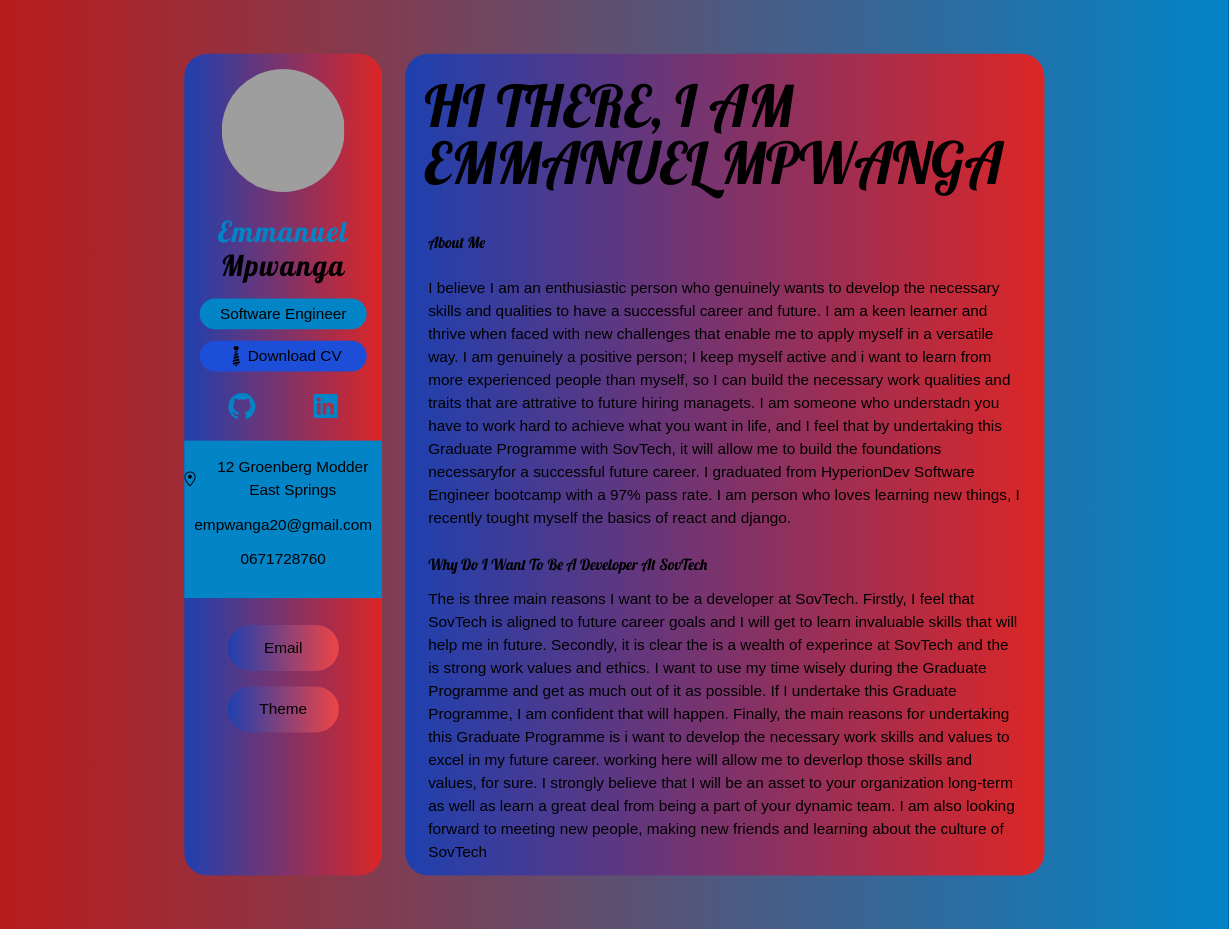
Repository: mannympwanga/portfolio
Page: /
An editor plug-in stored every save of this project. The page is shown before and after the next save, followed by the edit.
The browser window is 1280 px wide. The pictures show the whole page, at 96% of full size.
Pictures or frames that could not be fetched are drawn as grey boxes. The project was rebuilt for these pictures with package versions that can differ from the ones it lists, and the page was loaded fresh each time. The framework's server and built-in components were replaced by stand-ins that run in the browser. Also part of the build but not shown: next.config.js.

Above is the page before, as saved 2021-11-24 23:22:09.

### pages/_app.tsx
import '../styles/globals.css'
import Sidebar from '../components/Sidebar'
import Navbar from '../components/Navbar'
import {ThemeProvider} from 'next-themes'

function MyApp({ Component, pageProps }) {
  return (
    <ThemeProvider attribute='class'>
      <div className='grid grid-cols-12 gap-6 px-5 lg:px-48 my-14 sm:px-20 md:px-32'>
       <div className='col-span-12 p-4 text-center bg-gradient-to-r from-blue-800 to-red-600 dark:from-dark-500 dark:to-dark-100 lg:col-span-3 rounded-3xl'>
        <Sidebar/>
       </div>
       <div className='flex flex-col col-span-12 bg-gradient-to-r from-blue-800 to-red-600 dark:from-dark-500 dark:to-dark-100 lg:col-span-9 rounded-3xl'>
        <Navbar/>
        <Component {...pageProps} />
       </div>
      </div>
    </ThemeProvider>

  )





}

export default MyApp

### pages/_document.tsx
import Document, { Html, Head, Main, NextScript } from 'next/document'

class MyDocument extends Document {
  render() {
    return (
      <Html lang='en'>
        <Head>
            <link rel="preconnect" href="https://fonts.googleapis.com"/>
            <link rel="preconnect" href="https://fonts.gstatic.com crossorigin"/>
            <link href="https://fonts.googleapis.com/css2?family=Lobster&display=swap" rel="stylesheet"/>
        </Head>
        <body className='bg-gradient-to-r from-red-700 to-blue dark:from-dark-500 dark:to-dark-100 dark:text-yellow-50'>
          <Main />
          <NextScript />
        </body>
      </Html>
    )
  }
}

export default MyDocument

### pages/index.tsx
export const index = () => {
  return (
    <div className='flex flex-col px-6 pt-1'>
      <h1 className='my-3 text-1xl font-Lobster'>About Me</h1>
      <p className='my-3 font-medium'>
        I believe I am an enthusiastic person who genuinely wants to develop
        the necessary skills and qualities to have a successful career and future.
        I am a keen learner and thrive when faced with new challenges that enable me
        to apply myself in a versatile way.
        I am genuinely a positive person; I keep myself active and i want to learn from
        more experienced people than myself, so I can build the necessary work qualities
        and traits that are attrative to future hiring managets.
        I am someone who understadn you have to work hard to achieve what you want in life,
        and I feel that by undertaking this Graduate Programme with SovTech, it will allow me
        to build the foundations necessaryfor a successful future career. I graduated from HyperionDev
        Software Engineer bootcamp with a 97% pass rate. I am person who loves learning new things, I recently
        tought myself the basics of react and django.
      </p>

      <div>
        <h1 className='my-3 text-1xl font-Lobster'>Why Do I Want To Be A Developer At SovTech</h1>
        <p className='my-3 font-medium'>
          The is three main reasons I want to be a developer at SovTech. Firstly, I feel that SovTech
          is aligned to future career goals and I will get to learn invaluable skills that will help me in future.
          Secondly, it is clear the is a wealth of experince at SovTech and the is strong work values and
          ethics. I want to use my time wisely during the Graduate Programme and get as much out of it as possible.
          If I undertake this Graduate Programme, I am confident that will happen. Finally, the main reasons for undertaking
          this Graduate Programme is i want to develop the necessary work skills and values to excel in my future career.
          working here will allow me to deverlop those skills and values, for sure. I strongly believe that I will be an asset
          to your organization long-term as well as learn a great deal from being a part of your dynamic team.
          I am also looking forward to meeting new people, making new friends and learning about the culture of SovTech
        </p>
      </div>
    </div>


  )
}

export default index

### styles/globals.css

@tailwind base;
@tailwind components;
@tailwind utilities;

/*//TODO use tailwind */
body{
  background-color: black;
  font-family: sans-serif;
}

### components/Sidebar.tsx
import Image from 'next/image'
import {AiFillGithub,AiFillLinkedin} from 'react-icons/ai'
import {GoLocation} from 'react-icons/go'
import {GiTie} from 'react-icons/gi'
import { useTheme } from 'next-themes'

const Sidebar = () => {
    const{theme, setTheme} = useTheme();

    const changeThem = ()=>{
        setTheme(theme==='light'?'dark':'light');
    }

    return (
        <div>
            <Image src="https://avatars.githubusercontent.com/u/84036779?v=4" alt="user avater" className=" mx-auto border rounded-full "
            height="128px"
            width="128px"
            layout="intrinsic"
            quality="100">

            </Image>
            <h1 className='my-4 text-3xl font-medium tracking-wider font-Lobster'>
                <span className='text-blue'>Emmanuel </span>
                Mpwanga
            </h1>
            <p className='px-2 py-1 my-3 bg-blue dark:bg-dark-200 rounded-full'>Software Engineer</p>
            <a className='flex items-center justify-center px-2 py-1 my-3 bg-blue-700 dark:bg-dark-200 rounded-full'
                href='/pdf,img/Emmanuel Mpwanga CV.pdf'
                download='Emmanuel Mpwanga CV.pdf'>
                <GiTie className='w-6 h-6'/>Download CV
             </a>

            {/* icons*/}
            <div className='flex justify-around mx-auto w-9/12 my-5 text-blue md:w-full' >
                <a href="https://github.com/mannympwanga">
                    <AiFillGithub className='w-8 h-8' cursor-pointer/>
                </a>
                <a href="https://www.linkedin.com/in/emmanuel-mpwanga-4387271bb">
                    <AiFillLinkedin className='w-8 h-8' cursor-pointer/>
                </a>
            </div>

            {/*adress*/}
            <div
               className='my-5 py-4 bg-blue dark:bg-dark-200'
               style={{ marginLeft: '-1rem', marginRight: '-1rem'}}>
                <div className='flex items-center justify-center space-x-2'>
                    <GoLocation/>
                    <span>12 Groenberg Modder East Springs</span>
                </div>
                <p className='my-3'>empwanga20@gmail.com</p>
                <p className='my-3'>0671728760</p>
            </div>

            {/*Email Button*/}
            <button className='my-2 bg-gradient-to-r from-blue-800 to-red-500 w-8/12 rounded-full py-3 pt-3 text-black'
            onClick={()=>window.open('mailto:empwanga20@gmail.com')}>Email</button>
            <button className='my-2  bg-gradient-to-r from-blue-800 to-red-500 w-8/12 rounded-full py-3 pt-3 text-black'
            onClick={changeThem}>Theme</button>
        </div>
    )
}

export default Sidebar

### components/Navbar.tsx
import { useState, useEffect, FunctionComponent } from 'react'
import { useRouter } from 'next/router'
import Link from 'next/link'



const Navbar = () => {

   return (
      <div className='flex items-center justify-between px-5 py-3 my-3 text-5xl font-Lobster'>

         <div className='text-6xl font-Lobster md:text-1xl'>
            HI THERE, I AM EMMANUEL MPWANGA
         </div>
      </div>
   )
}

export default Navbar

### tailwind.config.js
module.exports = {
  purge: ["./pages/**/*.tsx", "./components/**/*.tsx"],
  darkMode: "class",
  theme: {
    fontFamily: {
      Lobster: ['Lobster'],
     },
    extend: {
      colors: {
        blue: {
          DEFAULT: '#0284C7',
        },
        dark:{
          DEFAULT: '#010101',
          100:'#0a0b1e',
          200:'#16181d',
          500:'#0f1115',
          700:'#202125',

        },
      }
    },
  },
  variants: {
    extend: {},
  },
  plugins: [],
};

After the next save:
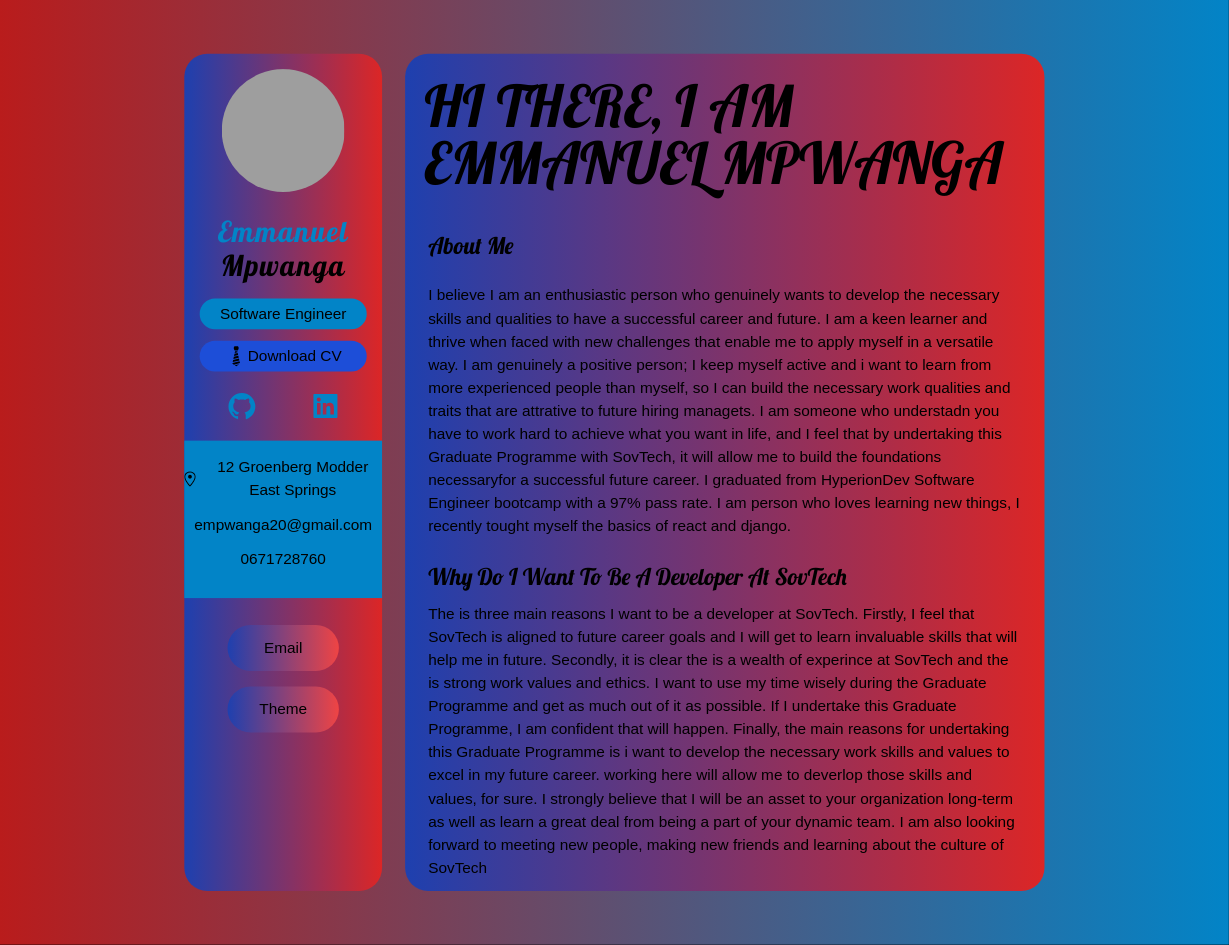
Saved 16 s later.
--- a/pages/index.tsx
+++ b/pages/index.tsx
@@ -1,7 +1,7 @@
 export const index = () => {
   return (
     <div className='flex flex-col px-6 pt-1'>
-      <h1 className='my-3 text-1xl font-Lobster'>About Me</h1>
+      <h1 className='my-3 text-2xl font-Lobster'>About Me</h1>
       <p className='my-3 font-medium'>
         I believe I am an enthusiastic person who genuinely wants to develop
         the necessary skills and qualities to have a successful career and future.
@@ -18,7 +18,7 @@
       </p>
 
       <div>
-        <h1 className='my-3 text-1xl font-Lobster'>Why Do I Want To Be A Developer At SovTech</h1>
+        <h1 className='my-3 text-2xl font-Lobster'>Why Do I Want To Be A Developer At SovTech</h1>
         <p className='my-3 font-medium'>
           The is three main reasons I want to be a developer at SovTech. Firstly, I feel that SovTech
           is aligned to future career goals and I will get to learn invaluable skills that will help me in future.
